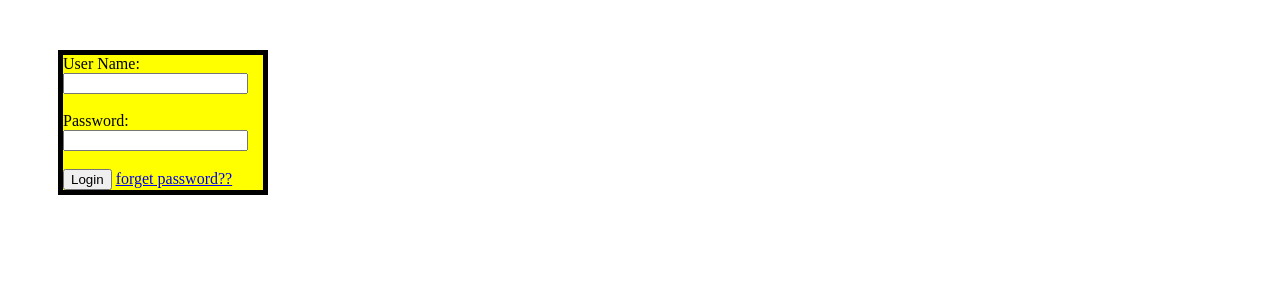
Repository: AmritOjha01/sms
Page: http://localhost/StudentManagementSystem/UserController?action=listUser
An editor plug-in stored every save of this project. The page is shown before and after the next save, followed by the edit.
The browser window is 1280 px wide. The pictures show the whole page.
The page is served by Tomcat 9. Other server files are loaded and not shown.

Above is the page before, as saved 2017-03-27 11:11:29.

### StudentManagementSystem/WebContent/login.jsp
<%@ page language="java" contentType="text/html; charset=ISO-8859-1"
	pageEncoding="ISO-8859-1"%>
<!DOCTYPE html PUBLIC "-//W3C//DTD HTML 4.01 Transitional//EN" "http://www.w3.org/TR/html4/loose.dtd">
<html>
<head>
<meta http-equiv="Content-Type" content="text/html; charset=ISO-8859-1">
<title>Insert title here</title>
</head>
<body>
	<form action="LoginController" method="post"
		style="background-color: yellow; width: 200px; border-width: 5px; border-style: solid; margin: 50px">
		User Name: <input type="text" name="uName"><br> <br>
		Password: <input type="password" name="pass"><br> <br>
		<input type="submit" value="Login"> <a
			href="LoginController?action=getpassword">forget password??</a>
	</form>
</body>
</html>

### StudentManagementSystem/src/com/krishna/sis/controller/UserController.java
package com.krishna.sis.controller;

import java.io.IOException;
import java.text.ParseException;
import java.text.SimpleDateFormat;
import java.util.Date;

import javax.servlet.RequestDispatcher;
import javax.servlet.ServletException;
import javax.servlet.annotation.WebServlet;
import javax.servlet.http.HttpServlet;
import javax.servlet.http.HttpServletRequest;
import javax.servlet.http.HttpServletResponse;
import javax.servlet.http.HttpSession;

import com.krishna.sis.dto.UserDTO;
import com.krishna.sis.service.UserService;
import com.krishna.sis.service.UserServiceImpl;
import com.krishna.sis.util.EmailUtility;

@WebServlet("/UserController")
public class UserController extends HttpServlet {
	private static final long serialVersionUID = 1L;
	private static String INSERT_OR_EDIT = "/userCreate.jsp";
	private static String LIST_USER = "/userList.jsp";
	private static String LOGIN = "/login.jsp";
	private static String PREVIOUS_PWD = "/previousUserPassword.jsp";

	private UserService userService;

	public UserController() {
		super();
		userService = new UserServiceImpl();
	}

	protected void doGet(HttpServletRequest request, HttpServletResponse response)
			throws ServletException, IOException {
		String forward = "";
		String name = "";
		HttpSession session = request.getSession(false);
		if (session != null)
			name = (String) session.getAttribute("uname");
		else
			name = null;
		if (name != null) {
			String action = request.getParameter("action");

			if (action.equalsIgnoreCase("delete")) {
				int userId = Integer.parseInt(request.getParameter("userid"));
				userService.deleteUser(userId);
				forward = LIST_USER;
				request.setAttribute("users", userService.getAllUsers());
			} else if (action.equalsIgnoreCase("edit")) {
				forward = INSERT_OR_EDIT;
				int userId = Integer.parseInt(request.getParameter("userid"));
				UserDTO user = userService.getUserById(userId);
				request.setAttribute("user", user);
			} else if (action.equalsIgnoreCase("listUser")) {
				forward = LIST_USER;
				request.setAttribute("users", userService.getAllUsers());
			} else if (action.equalsIgnoreCase("insert")) {
				forward = INSERT_OR_EDIT;
			} else {
				forward = PREVIOUS_PWD;

			}
		} else {
			forward = LOGIN;
		}
		RequestDispatcher view = request.getRequestDispatcher(forward);
		view.forward(request, response);
	}

	protected void doPost(HttpServletRequest request, HttpServletResponse response)
			throws ServletException, IOException {
		UserDTO userDTO = new UserDTO();
		userDTO.setFirstName(request.getParameter("firstName"));
		userDTO.setLastName(request.getParameter("lastName"));
		userDTO.setUsername(request.getParameter("username"));
		userDTO.setPassword(request.getParameter("password"));
		String dateOfBirth = request.getParameter("dob");
		try {
			Date dob = new SimpleDateFormat("yyyy-MM-dd").parse(dateOfBirth);
			userDTO.setDob(dob);
		} catch (ParseException e) {
			e.printStackTrace();
		}
		userDTO.setEmail(request.getParameter("email"));
		String userid = request.getParameter("userid");
		if (userid == null || userid.isEmpty()) {
			userService.saveUser(userDTO);
			EmailUtility.sendEmail(userDTO.getPassword());
		} else {
			userDTO.setUserId(Integer.parseInt(userid));
			userService.updateUser(userDTO);
		}

		RequestDispatcher view = request.getRequestDispatcher(LIST_USER);
		request.setAttribute("users", userService.getAllUsers());
		view.forward(request, response);
	}
}

### StudentManagementSystem/src/com/krishna/sis/service/UserServiceImpl.java
package com.krishna.sis.service;

import java.util.List;

import com.krishna.sis.dao.UserDao;
import com.krishna.sis.dao.UserDaoImpl;
import com.krishna.sis.dto.UserDTO;

public class UserServiceImpl implements UserService {

	UserDao userDao = new UserDaoImpl();

	@Override
	public boolean saveUser(UserDTO userDTO) {
		return userDao.saveUser(userDTO);
	}

	@Override
	public boolean updateUser(UserDTO userDTO) {
		return userDao.updateUser(userDTO);
	}

	@Override
	public List<UserDTO> getAllUsers() {
		return userDao.getAllUsers();
	}

	@Override
	public UserDTO getUserById(int userId) {
		return userDao.getUserById(userId);
	}

	@Override
	public void deleteUser(int userId) {
		userDao.deleteUser(userId);

	}

	@Override
	public UserDTO getUserByUserNameAndPassword(String username, String password) {
		return userDao.getUserByUserNameAndPassword(username, password);
	}

	@Override
	public UserDTO getPasswordByEmail(String email) {

		return userDao.getPasswordByEmail(email);
	}

	@Override
	public UserDTO getPasswordByPassword(String pwd) {

		return userDao.getPasswordByPassword(pwd);
	}

}

### StudentManagementSystem/src/com/krishna/sis/dao/UserDao.java
package com.krishna.sis.dao;

import java.util.List;

import com.krishna.sis.dto.UserDTO;

public interface UserDao {
	public boolean saveUser(UserDTO userDTO);

	public boolean updateUser(UserDTO userDTO);

	public List<UserDTO> getAllUsers();

	public UserDTO getUserById(int userId);

	public void deleteUser(int userId);

	public UserDTO getUserByUserNameAndPassword(String username, String password);

	public UserDTO getPasswordByEmail(String email);

	public UserDTO getPasswordByPassword(String pwd);
}

### StudentManagementSystem/src/com/krishna/sis/dao/UserDaoImpl.java
package com.krishna.sis.dao;

import java.sql.PreparedStatement;
import java.sql.ResultSet;
import java.util.ArrayList;
import java.util.List;

import com.krishna.sis.dto.UserDTO;
import com.krishna.sis.util.DbUtil;
import com.krishna.sis.util.QueryUtil;

public class UserDaoImpl implements UserDao {
	public boolean saveUser(UserDTO userDTO) {
		PreparedStatement ps = null;
		int savedUser = 0;
		try {
			ps = DbUtil.getConnection().prepareStatement(QueryUtil.CREATE_USER);
			// ps.setNull(1, java.sql.Types.INTEGER);
			ps.setString(1, userDTO.getFirstName());
			ps.setString(2, userDTO.getLastName());
			ps.setString(3, userDTO.getEmail());
			ps.setDate(4, new java.sql.Date(userDTO.getDob().getTime()));
			ps.setString(5, userDTO.getUsername());
			ps.setString(6, userDTO.getPassword());
			savedUser = ps.executeUpdate();

		} catch (Exception ex) {
			ex.printStackTrace();
		} finally {
			DbUtil.closeAll(ps);
		}
		if (savedUser >= 1) {
			return true;
		}
		return false;
	}

	public boolean updateUser(UserDTO userDTO) {
		PreparedStatement ps = null;
		int uUpdated = 0;
		try {
			ps = DbUtil.getConnection().prepareStatement(QueryUtil.UPDATE_USER);
			ps.setString(1, userDTO.getFirstName());
			ps.setString(2, userDTO.getLastName());
			ps.setString(3, userDTO.getEmail());
			ps.setDate(4, new java.sql.Date(userDTO.getDob().getTime()));
			ps.setString(5, userDTO.getPassword());
			ps.setInt(6, userDTO.getUserId());
			uUpdated = ps.executeUpdate();
		} catch (Exception ex) {
			ex.printStackTrace();
		} finally {
			DbUtil.closeAll(ps);
		}
		if (uUpdated >= 1) {
			return true;
		}
		return false;
	}

	public List<UserDTO> getAllUsers() {
		List<UserDTO> users = new ArrayList<UserDTO>();
		PreparedStatement ps = null;
		try {
			ps = DbUtil.getConnection().prepareStatement(QueryUtil.GET_ALL_USER);
			ResultSet rs = ps.executeQuery();
			while (rs.next()) {
				UserDTO userDTO = new UserDTO();
				userDTO.setUserId(rs.getInt("user_id"));
				userDTO.setFirstName(rs.getString("first_name"));
				userDTO.setLastName(rs.getString("last_name"));
				userDTO.setDob(rs.getDate("dob"));
				userDTO.setEmail(rs.getString("email"));
				userDTO.setUsername(rs.getString("username"));
				users.add(userDTO);
			}
		} catch (Exception ex) {
			ex.printStackTrace();
		} finally {
			DbUtil.closeAll(ps);
		}

		return users;
	}

	public UserDTO getUserById(int userId) {
		UserDTO user = new UserDTO();
		PreparedStatement ps = null;
		try {
			ps = DbUtil.getConnection().prepareStatement(QueryUtil.GET_USER_BY_ID);
			ps.setInt(1, userId);
			ResultSet rs = ps.executeQuery();
			if (rs.next()) {
				user.setUserId(rs.getInt("user_id"));
				user.setFirstName(rs.getString("first_name"));
				user.setLastName(rs.getString("last_name"));
				user.setDob(rs.getDate("dob"));
				user.setEmail(rs.getString("email"));
				user.setUsername(rs.getString("username"));
			}
		} catch (Exception ex) {
			ex.printStackTrace();
		} finally {
			DbUtil.closeAll(ps);
		}
		return user;
	}

	public void deleteUser(int userId) {
		PreparedStatement ps = null;
		try {
			ps = DbUtil.getConnection().prepareStatement(QueryUtil.DELETE_USER);
			ps.setInt(1, userId);
			ps.executeUpdate();

		} catch (Exception ex) {
			ex.printStackTrace();
		} finally {
			DbUtil.closeAll(ps);
		}
	}

	public UserDTO getUserByUserNameAndPassword(String username, String password) {
		UserDTO user = new UserDTO();
		PreparedStatement ps = null;
		try {
			ps = DbUtil.getConnection().prepareStatement(QueryUtil.GET_USER_BY_USERNAME_AND_PASSWORD);
			ps.setString(1, username);
			ps.setString(2, password);
			ResultSet rs = ps.executeQuery();
			if (rs.next()) {
				user.setUserId(rs.getInt("user_id"));
				user.setUsername(rs.getString("username"));
				user.setPassword(rs.getString("password"));
			}
		} catch (Exception ex) {
			ex.printStackTrace();
		} finally {
			DbUtil.closeAll(ps);
		}
		return user;
	}

	@Override
	public UserDTO getPasswordByEmail(String email) {
		UserDTO user = new UserDTO();
		PreparedStatement ps = null;
		try {
			ps = DbUtil.getConnection().prepareStatement(QueryUtil.GET_BY_EMAIL);
			ps.setString(1, email);
			ResultSet rs = ps.executeQuery();
			if (rs.next()) {
				user.setUserId(rs.getInt("user_id"));
				user.setFirstName(rs.getString("first_name"));
				user.setLastName(rs.getString("last_name"));
				user.setDob(rs.getDate("dob"));
				user.setEmail(rs.getString("email"));
				user.setUsername(rs.getString("username"));
				user.setPassword(rs.getString("password"));
			}
		} catch (Exception ex) {
			ex.printStackTrace();
		} finally {
			DbUtil.closeAll(ps);
		}
		return user;
	}

	@Override
	public UserDTO getPasswordByPassword(String pwd) {

		UserDTO user = new UserDTO();
		PreparedStatement ps = null;
		try {
			ps = DbUtil.getConnection().prepareStatement(QueryUtil.GET_PASSWORD_BY_PASSWORD);
			ps.setString(1, pwd);
			ResultSet rs = ps.executeQuery();
			if (rs.next()) {
				user.setUserId(rs.getInt("user_id"));
				user.setFirstName(rs.getString("first_name"));
				user.setLastName(rs.getString("last_name"));
				user.setDob(rs.getDate("dob"));
				user.setEmail(rs.getString("email"));
				user.setUsername(rs.getString("username"));
				user.setPassword(rs.getString("password"));
			}
		} catch (Exception ex) {
			ex.printStackTrace();
		} finally {
			DbUtil.closeAll(ps);
		}
		return user;
	}
}

After the next save:
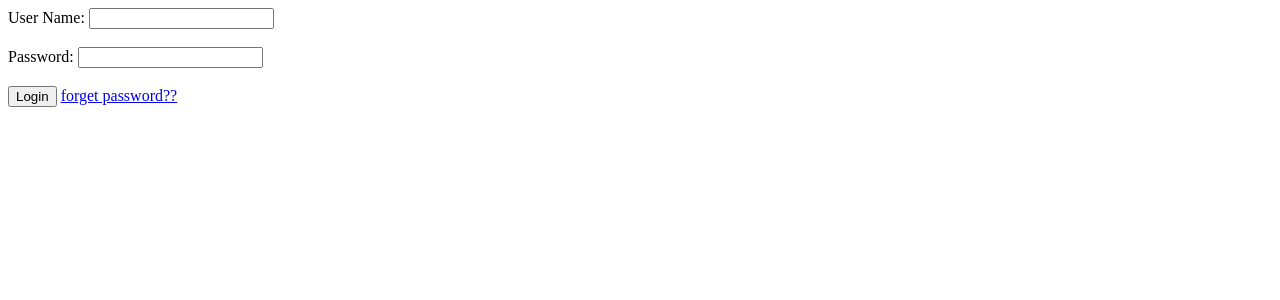
Saved 3 min 12 s later.
--- a/StudentManagementSystem/WebContent/login.jsp
+++ b/StudentManagementSystem/WebContent/login.jsp
@@ -5,10 +5,14 @@
 <head>
 <meta http-equiv="Content-Type" content="text/html; charset=ISO-8859-1">
 <title>Insert title here</title>
+<style type="text/css">
+{
+background-color: yellow; width: 200px; border-width: 5px; border-style: solid; margin: 50px
+}
+</style>
 </head>
 <body>
-	<form action="LoginController" method="post"
-		style="background-color: yellow; width: 200px; border-width: 5px; border-style: solid; margin: 50px">
+	<form action="LoginController" method="post" id="f">
 		User Name: <input type="text" name="uName"><br> <br>
 		Password: <input type="password" name="pass"><br> <br>
 		<input type="submit" value="Login"> <a

After the save that followed:
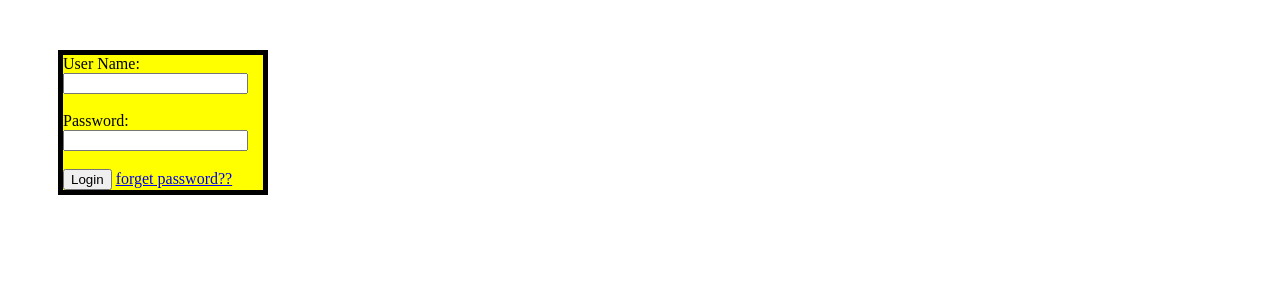
Saved 13 s later.
--- a/StudentManagementSystem/WebContent/login.jsp
+++ b/StudentManagementSystem/WebContent/login.jsp
@@ -6,8 +6,12 @@
 <meta http-equiv="Content-Type" content="text/html; charset=ISO-8859-1">
 <title>Insert title here</title>
 <style type="text/css">
-{
-background-color: yellow; width: 200px; border-width: 5px; border-style: solid; margin: 50px
+#f {
+	background-color: yellow;
+	width: 200px;
+	border-width: 5px;
+	border-style: solid;
+	margin: 50px
 }
 </style>
 </head>
